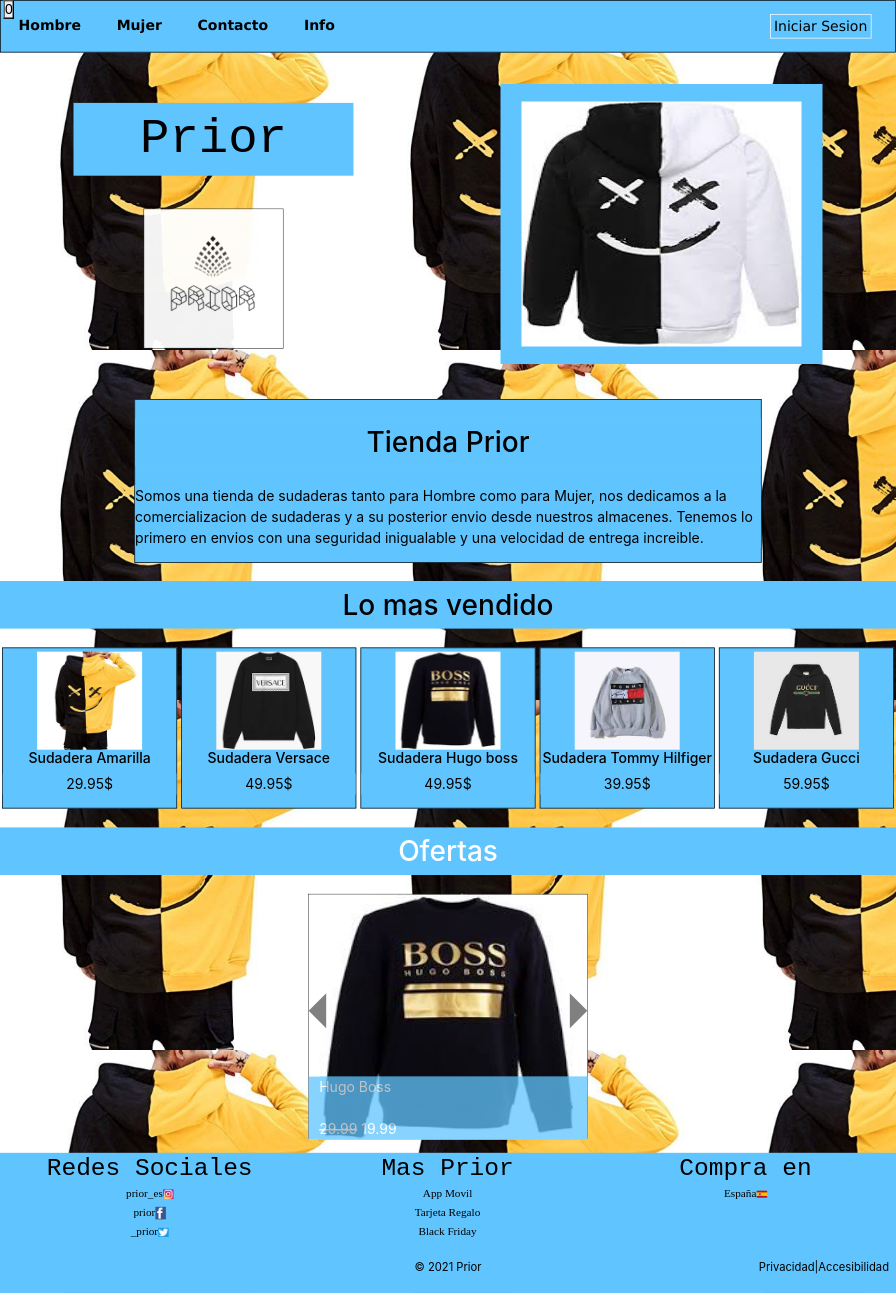
Repository: danilugones10/Proyecto
Page: main.html
An editor plug-in stored every save of this project. The page is shown before and after the next save, followed by the edit.
The browser window is 1280 px wide. The pictures show the whole page, at 70% of full size.

Above is the page before, as saved 2021-03-10 16:37:48.

After the next save:
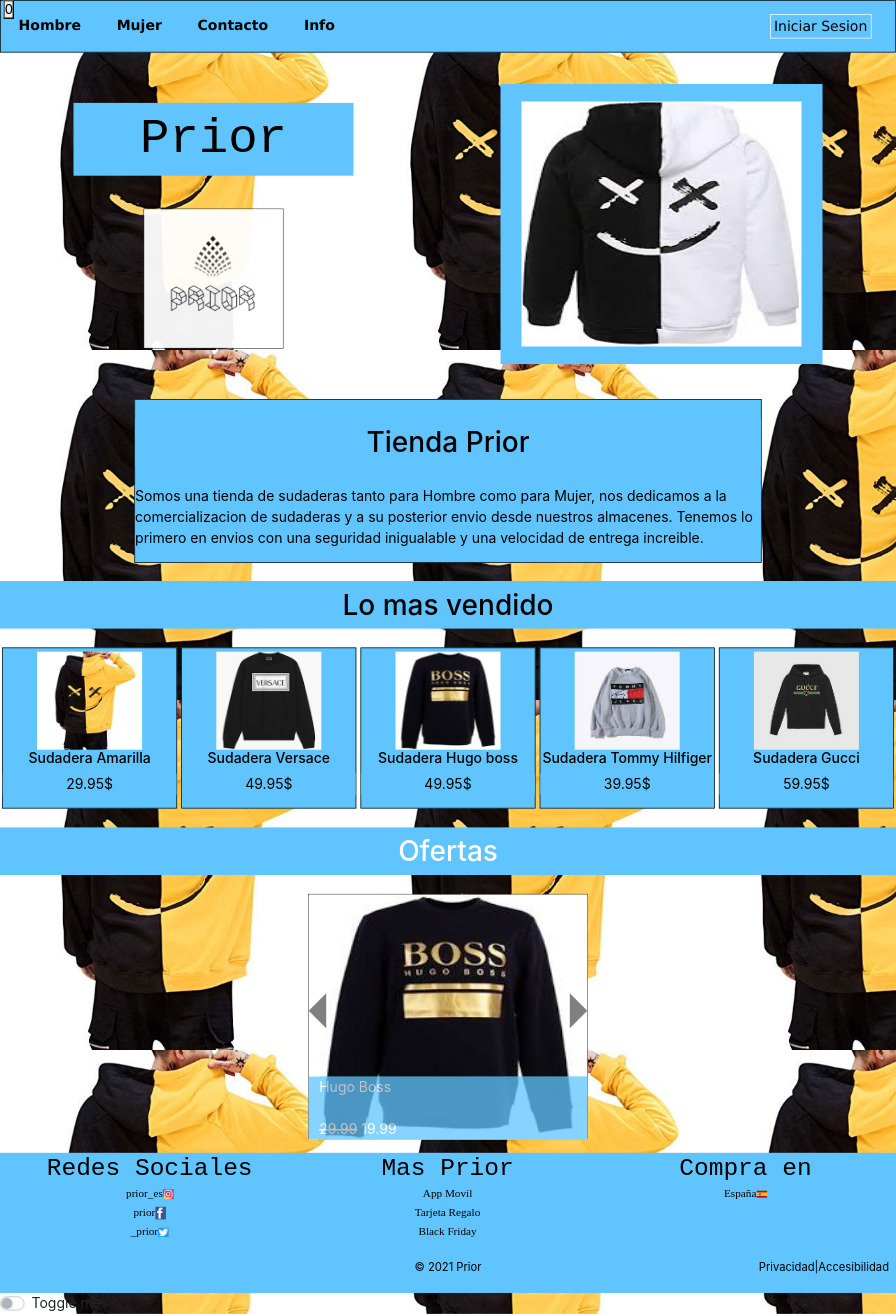
Saved 9 days later.
--- a/main.html
+++ b/main.html
@@ -12,7 +12,12 @@
     <header class="header">
 
     </header>
-
+    <form>
+        <div class="custom-control custom-switch">
+          <input type="checkbox" class="custom-control-input" id="switch1">
+          <label class="custom-control-label" for="switch1">Toggle me</label>
+        </div>
+      </form>
 
 
     <main class="main">

After the save that followed:
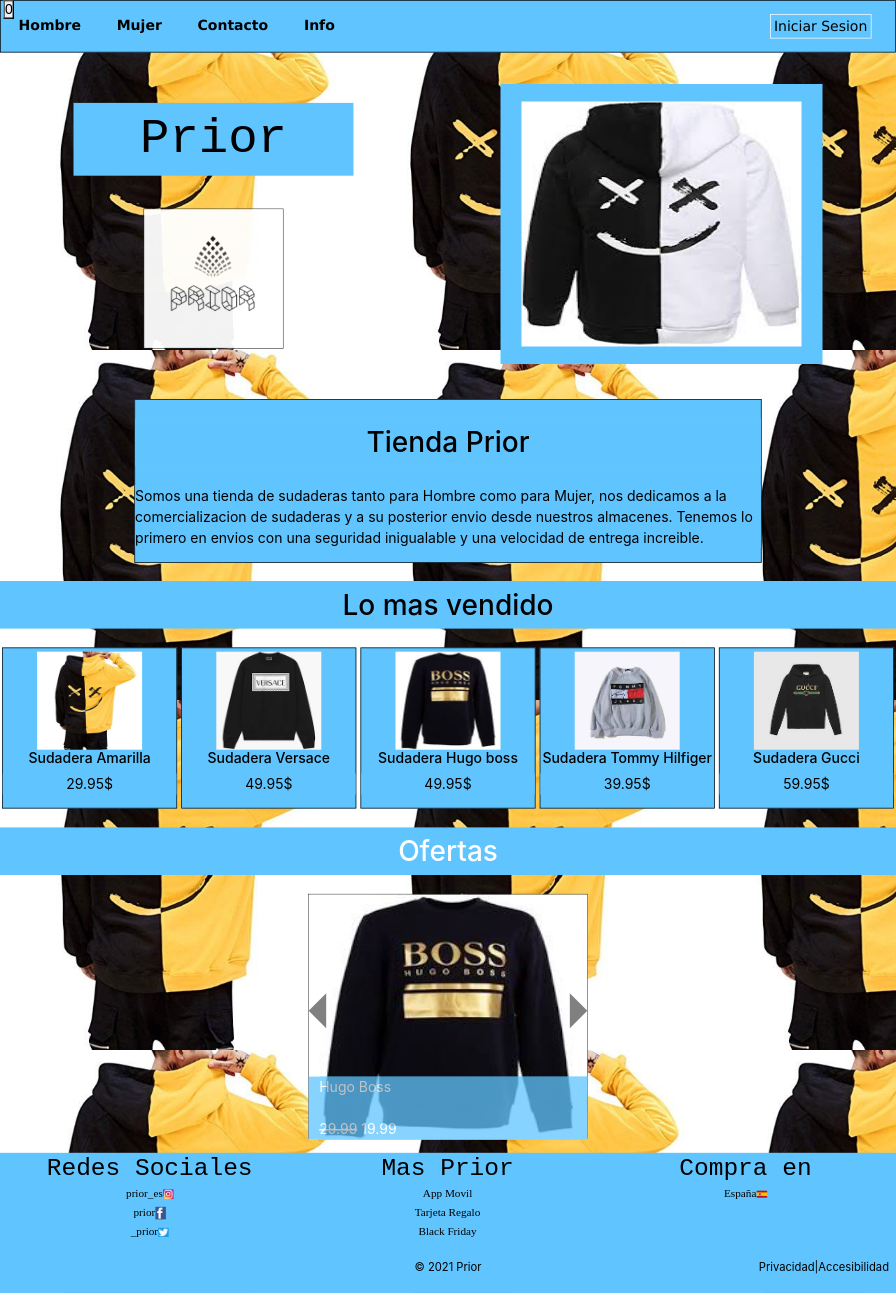
Saved 12 s later.
--- a/main.html
+++ b/main.html
@@ -12,12 +12,6 @@
     <header class="header">
 
     </header>
-    <form>
-        <div class="custom-control custom-switch">
-          <input type="checkbox" class="custom-control-input" id="switch1">
-          <label class="custom-control-label" for="switch1">Toggle me</label>
-        </div>
-      </form>
 
 
     <main class="main">
